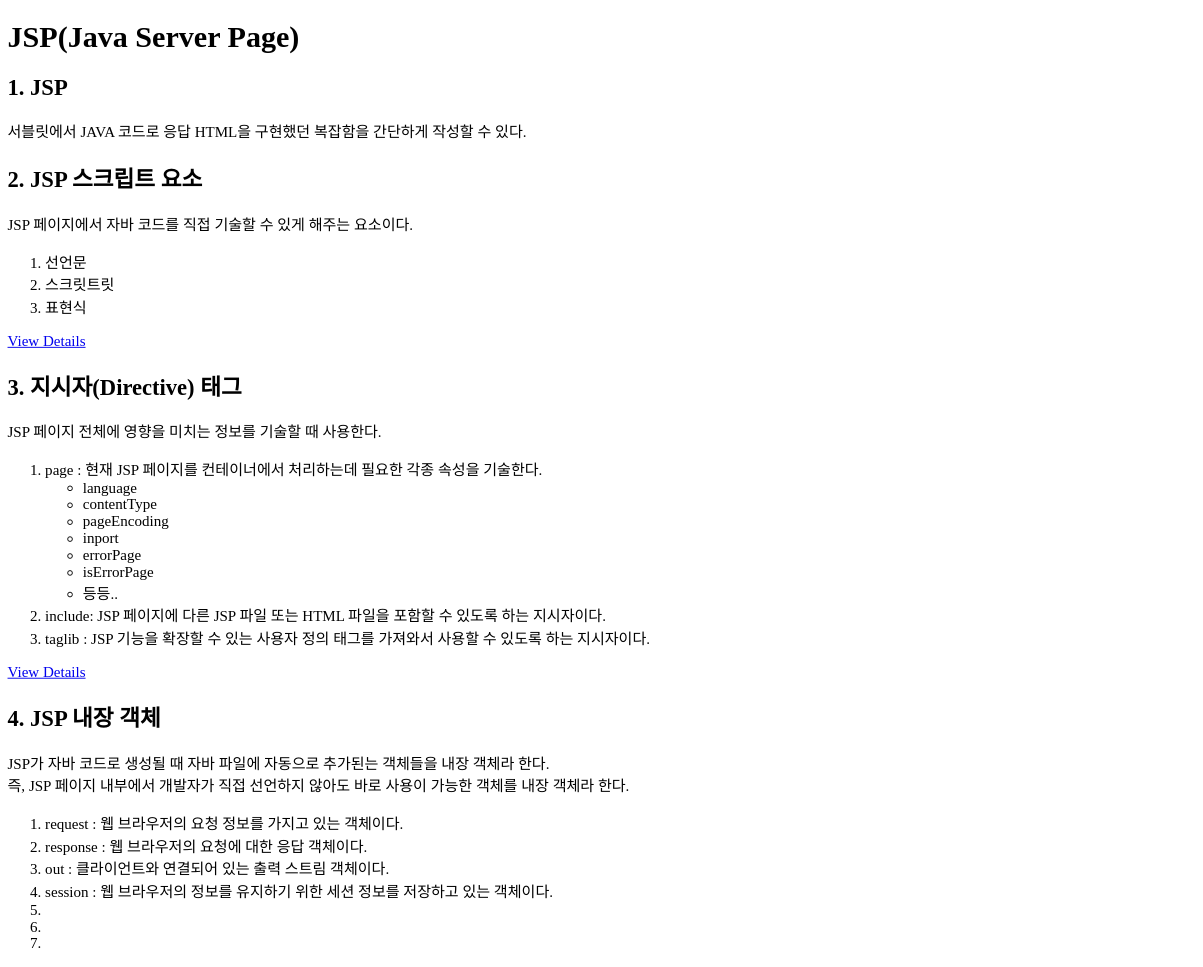
Repository: Parknogyung/Backend
Page: 02_JSP/src/main/webapp/index.html
The author's editor kept a copy of each file at every save. The page is drawn from the files as they stood at one save, then again after the next save.
The browser window is 1280 px wide. The pictures show the whole page, at 94% of full size.

Above is the page before, as saved 2022-07-11 00:45:49.

### 02_JSP/src/main/webapp/index.html
<!DOCTYPE html>
<html>
<head>
<meta charset="UTF-8">
<title>JSP(Java Server Page)</title>
</head>
<body>
	<h1>JSP(Java Server Page)</h1>

	<h2>1. JSP</h2>
	<p>
		서블릿에서 JAVA 코드로 응답 HTML을 구현했던 복잡함을 간단하게 작성할 수 있다.
	</p>

	<h2>2. JSP 스크립트 요소</h2>
	<p>
		JSP 페이지에서 자바 코드를 직접 기술할 수 있게 해주는 요소이다.
	</p>

	<ol>
		<li>선언문</li>
		<li>스크릿트릿</li>
		<li>표현식</li>
	</ol>

	<a href="views/elements">View Details</a>

	<h2>3. 지시자(Directive) 태그</h2>
	<p>
		JSP 페이지 전체에 영향을 미치는 정보를 기술할 때 사용한다.
	</p>

	<ol>
		<li>page : 현재 JSP 페이지를 컨테이너에서 처리하는데 필요한 각종 속성을 기술한다.</li>
		<ul>
 	 		<li> language </li>
  			<li> contentType </li>
  			<li> pageEncoding </li>
  			<li> inport </li>
  			<li> errorPage </li>
  			<li> isErrorPage </li>
  			<li> 등등.. </li>
		</ul>

		<li>include: JSP 페이지에 다른 JSP 파일 또는 HTML 파일을 포함할 수 있도록 하는 지시자이다.</li>
		<li>taglib : JSP 기능을 확장할 수 있는 사용자 정의 태그를 가져와서 사용할 수 있도록 하는 지시자이다.</li>
	</ol>

	<a href="views/directive">View Details</a>

	<h2>4. JSP 내장 객체</h2>
	<p>
		JSP가 자바 코드로 생성될 때 자바 파일에 자동으로 추가된는 객체들을 내장 객체라 한다. <br>
		즉, JSP 페이지 내부에서 개발자가 직접 선언하지 않아도 바로 사용이 가능한 객체를 내장 객체라 한다.
	</p>

	<ol>
		<li>request : 웹 브라우저의 요청 정보를 가지고 있는 객체이다.</li>
		<li>response : 웹 브라우저의 요청에 대한 응답 객체이다.</li>
		<li>out : 클라이언트와 연결되어 있는 출력 스트림 객체이다.</li>
		<li>session : 웹 브라우저의 정보를 유지하기 위한 세션 정보를 저장하고 있는 객체이다.</li>
		<li></li>
		<li></li>
		<li></li>
	</ol>
</body>
</html>

After the next save:
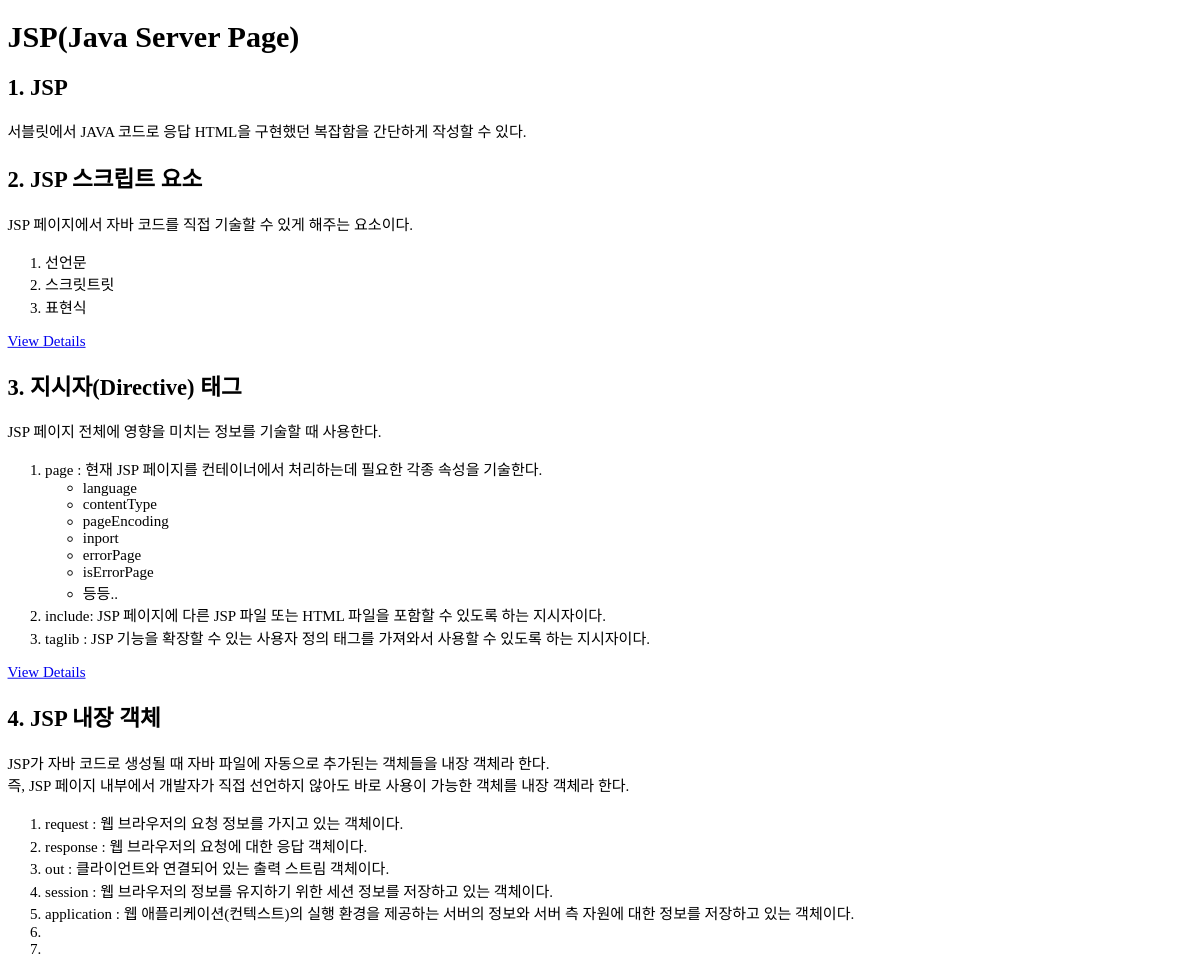
Saved 65 s later.
--- a/02_JSP/src/main/webapp/index.html
+++ b/02_JSP/src/main/webapp/index.html
@@ -59,7 +59,7 @@
 		<li>response : 웹 브라우저의 요청에 대한 응답 객체이다.</li>
 		<li>out : 클라이언트와 연결되어 있는 출력 스트림 객체이다.</li>
 		<li>session : 웹 브라우저의 정보를 유지하기 위한 세션 정보를 저장하고 있는 객체이다.</li>
-		<li></li>
+		<li>application : 웹 애플리케이션(컨텍스트)의 실행 환경을 제공하는 서버의 정보와 서버 측 자원에 대한 정보를 저장하고 있는 객체이다.</li>
 		<li></li>
 		<li></li>
 	</ol>
